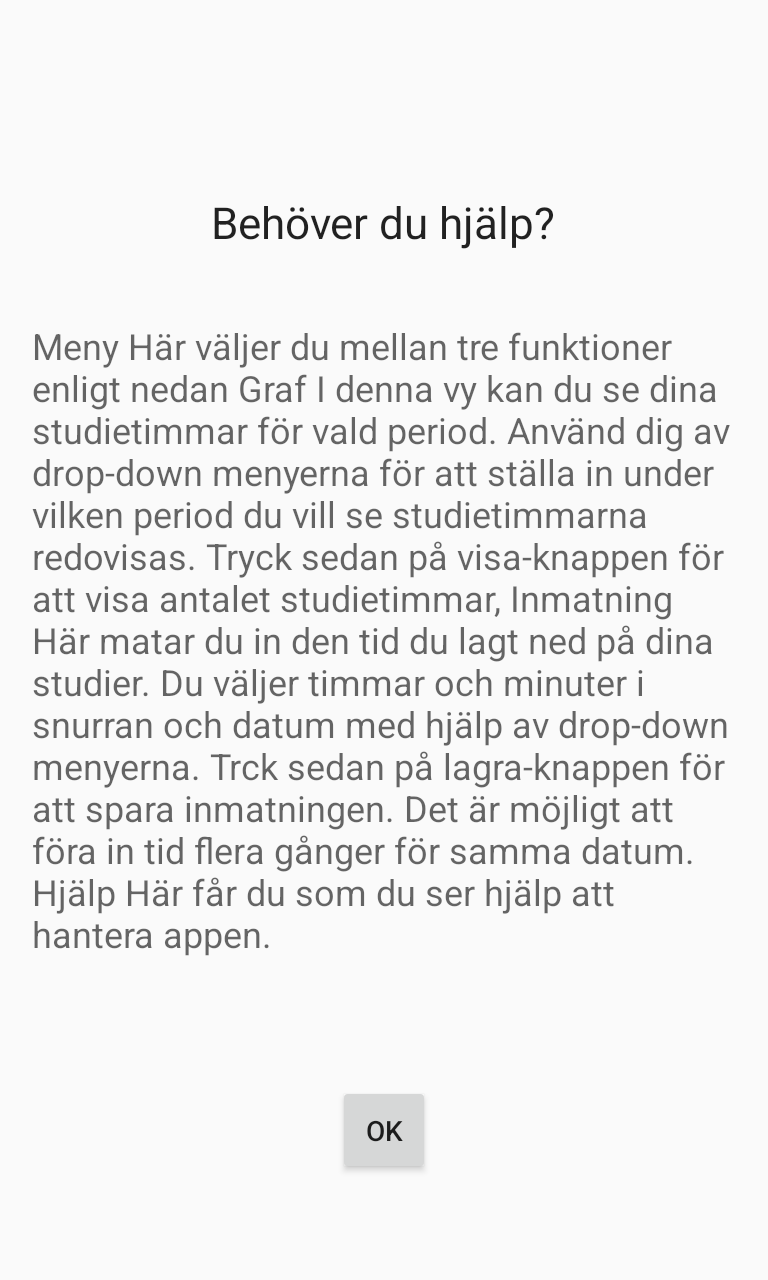
Repository: Dinova/Studiekoll
Layout: Studiekoll/Studiekoll/res/layout/fragment_help.xml
These files come from the project's save history. The layout is drawn as it stood at one moment and after the next save; the edit follows.
It is drawn on a 768 x 1280 px phone screen (xhdpi) without system bars, with theme AppTheme; the app's code is not run.

Above is the layout before, as saved 2014-05-16 08:16:06.

### Studiekoll/Studiekoll/res/layout/fragment_help.xml
<RelativeLayout xmlns:android="http://schemas.android.com/apk/res/android"
    xmlns:tools="http://schemas.android.com/tools"
    android:layout_width="match_parent"
    android:layout_height="match_parent"
    android:paddingBottom="@dimen/activity_vertical_margin"
    android:paddingLeft="@dimen/activity_horizontal_margin"
    android:paddingRight="@dimen/activity_horizontal_margin"
    android:paddingTop="@dimen/activity_vertical_margin"
    tools:context="com.grupp8DAT255.studiekoll.HelpActivity$PlaceholderFragment" >

    <TextView
        android:id="@+id/textView1"
        android:layout_width="wrap_content"
        android:layout_height="wrap_content"
        android:layout_alignParentTop="true"
        android:layout_centerHorizontal="true"
        android:layout_marginTop="80dp"
        android:text="Behöver du hjälp?"
        android:textAppearance="?android:attr/textAppearanceLarge" />

    <Button
        android:id="@+id/button1"
        style="?android:attr/buttonStyleSmall"
        android:layout_width="wrap_content"
        android:layout_height="wrap_content"
        android:layout_alignParentBottom="true"
        android:layout_centerHorizontal="true"
        android:layout_marginBottom="35dp"
        android:text="OK"
        android:onClick="backToMain"/>

    <TextView
        android:id="@+id/textView2"
        android:layout_width="wrap_content"
        android:layout_height="wrap_content"
        android:layout_centerHorizontal="true"
        android:layout_centerVertical="true"
        android:text="@string/help_text"
        android:textAppearance="?android:attr/textAppearanceMedium" />

</RelativeLayout>

### Studiekoll/Studiekoll/res/values/strings.xml
<?xml version="1.0" encoding="utf-8"?>
<resources>

    <string name="app_name">Studiekoll</string>
    <string name="action_settings">Settings</string>
    <string name="edit_message">Insert number of hours</string>
    <string name="button_graphics">Graf</string>
    <string name="button_input">Inmatning</string>
    <string name="button_help">Hjälp</string>
    <string name="title_activity_help">Hjälp</string>
    <string name="help_text">
        Meny
        Här väljer du mellan tre funktioner enligt nedan

        Graf
        I denna vy kan du se dina studietimmar för vald period.
        Använd dig av drop-down menyerna för att ställa in under
        vilken period du vill se studietimmarna redovisas.
        Tryck sedan på "visa"-knappen för att visa antalet studietimmar,

        Inmatning
        Här matar du in den tid du lagt ned på dina studier. Du väljer
        timmar och minuter i snurran och datum med hjälp av drop-down
        menyerna. Trck sedan på "lagra"-knappen för att spara inmatningen.
        Det är möjligt att föra in tid flera gånger för samma datum.

        Hjälp
        Här får du som du ser hjälp att hantera appen.</string>

</resources>

Loaded but not shown: Studiekoll/Studiekoll/res/values/styles.xml (common file); Studiekoll/Studiekoll/res/values-v11/styles.xml (common file); Studiekoll/Studiekoll/res/values-v14/styles.xml (common file); Studiekoll/Studiekoll/res/values/dimens.xml (common file); Studiekoll/Studiekoll/res/values-w820dp/dimens.xml (common file)

After the next save:
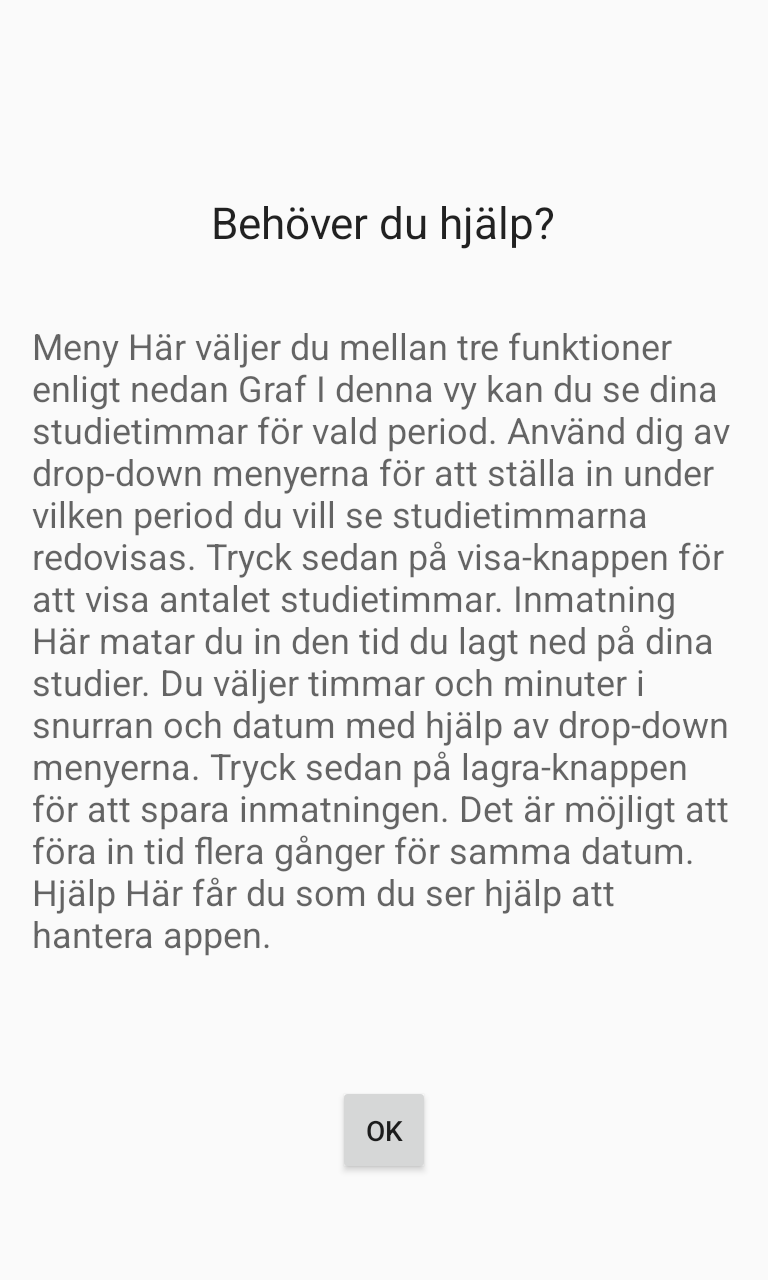
Saved 2 min 52 s later.
--- a/Studiekoll/Studiekoll/res/values/strings.xml
+++ b/Studiekoll/Studiekoll/res/values/strings.xml
@@ -16,12 +16,12 @@
         I denna vy kan du se dina studietimmar för vald period.
         Använd dig av drop-down menyerna för att ställa in under
         vilken period du vill se studietimmarna redovisas.
-        Tryck sedan på "visa"-knappen för att visa antalet studietimmar,
+        Tryck sedan på "visa"-knappen för att visa antalet studietimmar.
 
         Inmatning
         Här matar du in den tid du lagt ned på dina studier. Du väljer
         timmar och minuter i snurran och datum med hjälp av drop-down
-        menyerna. Trck sedan på "lagra"-knappen för att spara inmatningen.
+        menyerna. Tryck sedan på "lagra"-knappen för att spara inmatningen.
         Det är möjligt att föra in tid flera gånger för samma datum.
 
         Hjälp
